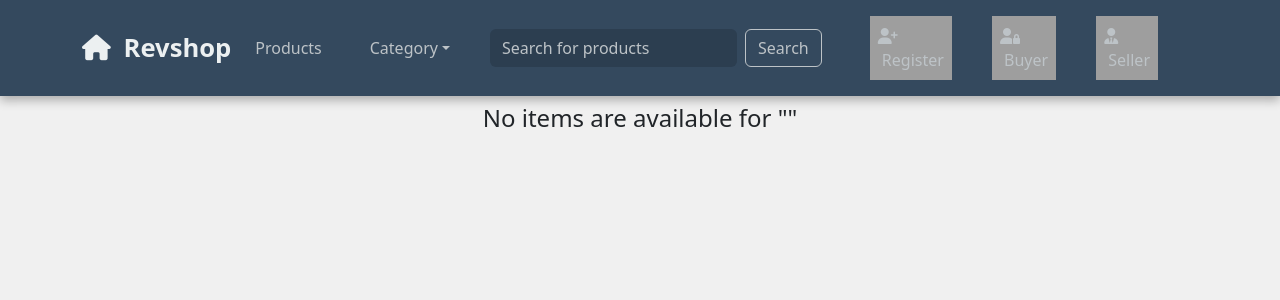
Repository: pratikp99/E-Commerce-Webapp-
Page: http://localhost/Revshop_WebApp/products.jsp?category=0
The author's editor kept a copy of each file at every save. The page is drawn from the files as they stood at one save, then again after the next save.
The browser window is 1280 px wide. The pictures show the whole page.
Pictures or frames that could not be fetched are drawn as grey boxes. The page is served by Tomcat 10. Queries for data that is not in the repository find no rows.

Above is the page before, as saved 2024-08-30 14:54:34.

After the next save:
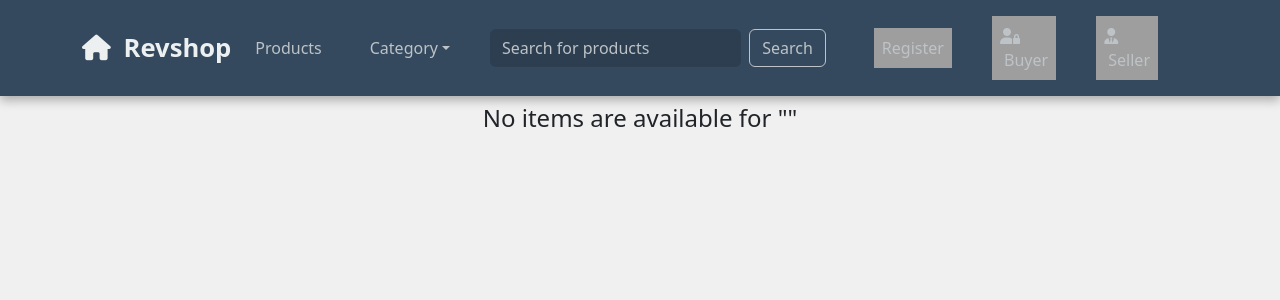
Saved 116 s later.
--- a/Revshop WebApp/src/main/webapp/Components/navbar.jsp
+++ b/Revshop WebApp/src/main/webapp/Components/navbar.jsp
@@ -212,8 +212,7 @@ List<categoryModel> categoryList = catDao.getAllCategories();
             </ul>
             <% } else { %>
             <ul class="navbar-nav ml-auto">
-                                <li class="nav-item active pe-2"><a class="nav-link register-link" aria-current="page" href="register.jsp"><i
-                            class="fa-solid fa-user-plus"></i>&nbsp;Register</a></li>
+                                <li class="nav-item active pe-2"><a class="nav-link register-link" aria-current="page" href="register.jsp">Register</a></li>
                 <li class="nav-item pe-2"><a class="nav-link buyer-link" aria-current="page" href="login.jsp"><i
                             class="fa-solid fa-user-lock"></i>&nbsp;Buyer</a></li>
                 <li class="nav-item pe-2"><a class="nav-link seller-link" aria-current="page" href="adminlogin.jsp"><i
